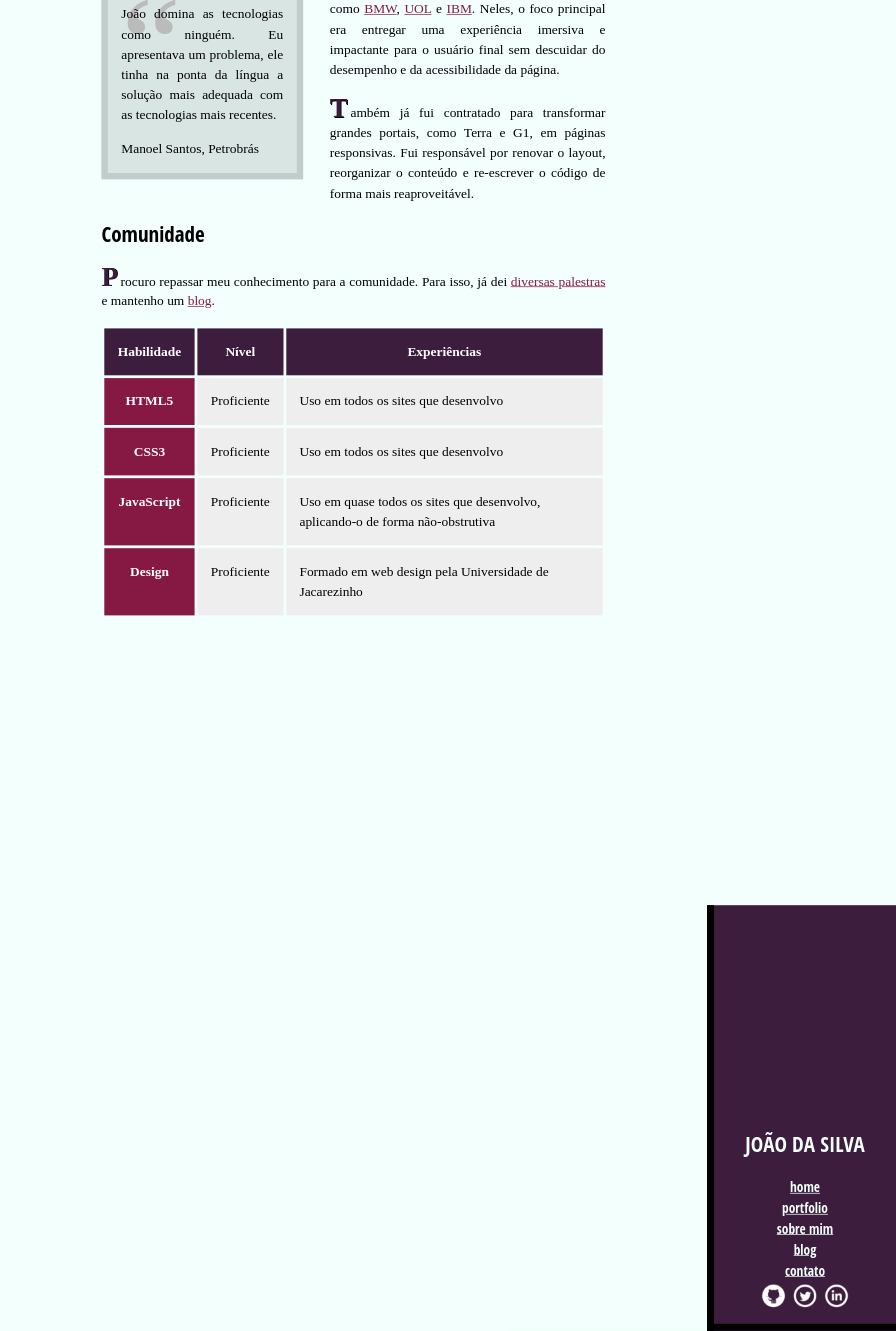
Repository: MichelMiola/html5Css3Avancado
Page: projeto/bio.html
These files come from the project's save history. The page is drawn as it stood at one moment and after the next save; the edit follows.
The browser window is 1280 px wide. The pictures show the part of the page from y = 913 to 2833 px (the page is 2814 px tall before and 2833 px after), at 70% of full size.
Some web fonts or font styles are not loaded; a fallback is used.

Above is the page before, as saved 2015-03-25 15:42:51.

After the next save:
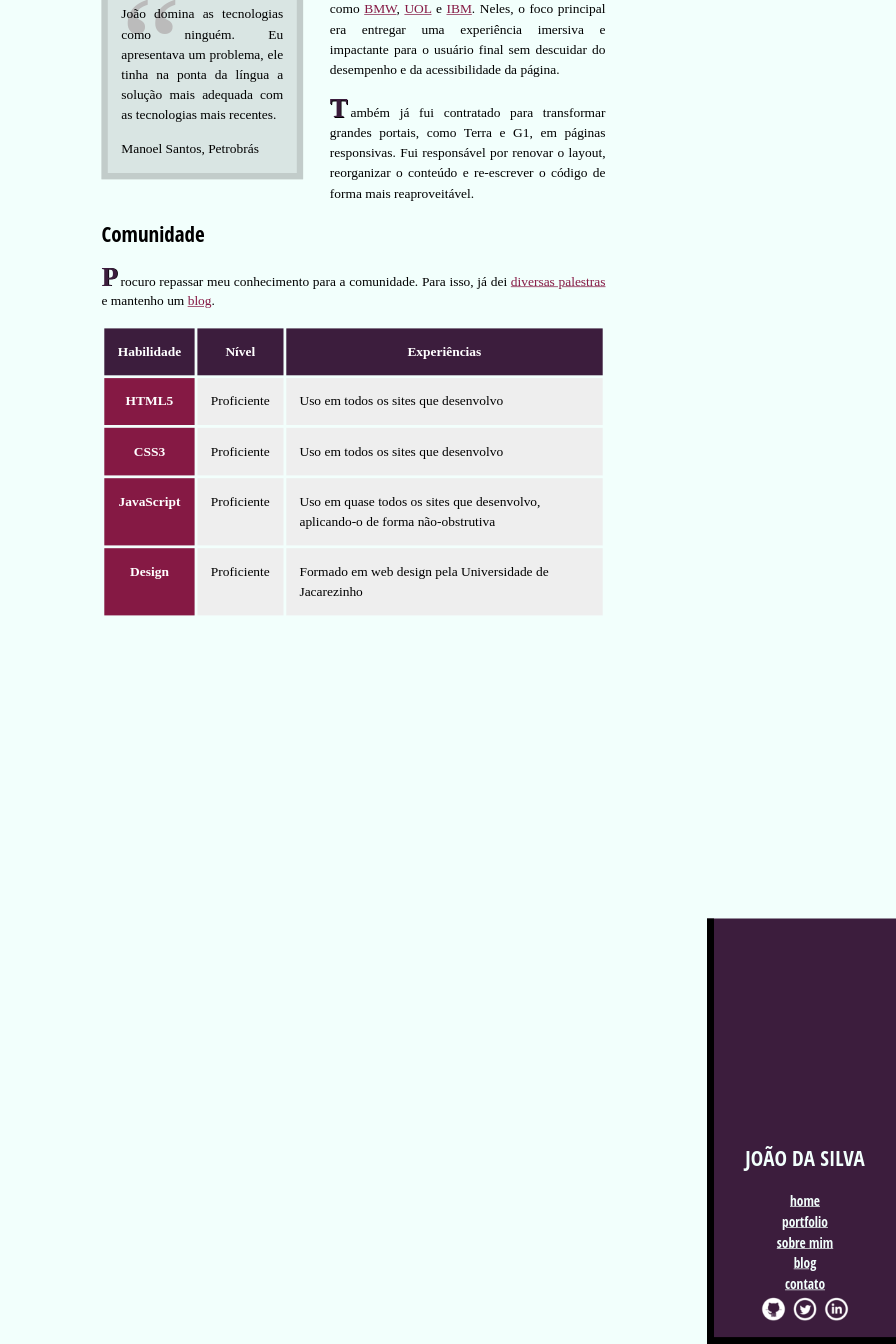
Saved 17 s later.
--- a/projeto/css/bio.css
+++ b/projeto/css/bio.css
@@ -81,3 +81,7 @@ blockquote:nth-of-type(odd) {
   border-collapse: separate;
   border-spacing: .25em;
 }
+
+.habilidades {
+  margin: 1em 0;
+}
